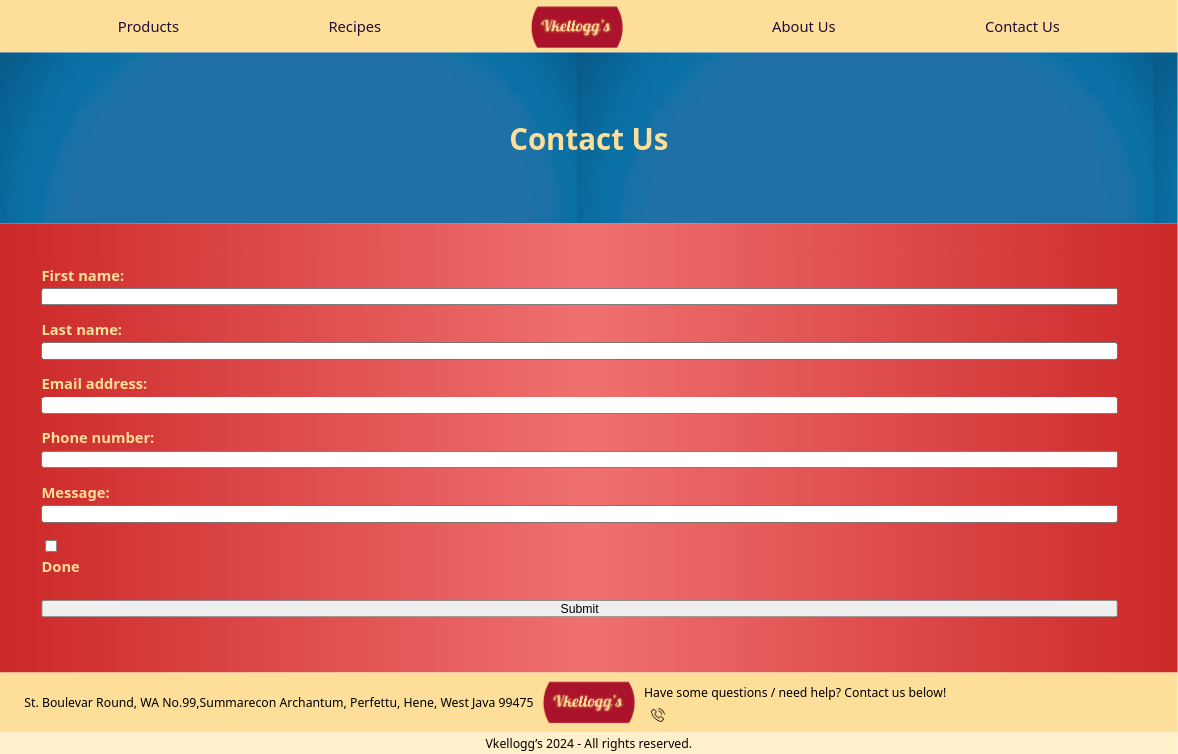
Repository: sugralld/VKelloggs
Page: Code and Assets/html/contactus.html
These files come from the project's save history. The page is drawn as it stood at one moment and after the next save; the edit follows.
The browser window is 1280 px wide. The pictures show the whole page, at 92% of full size.

Above is the page before, as saved 2024-12-03 20:58:35.

After the next save:
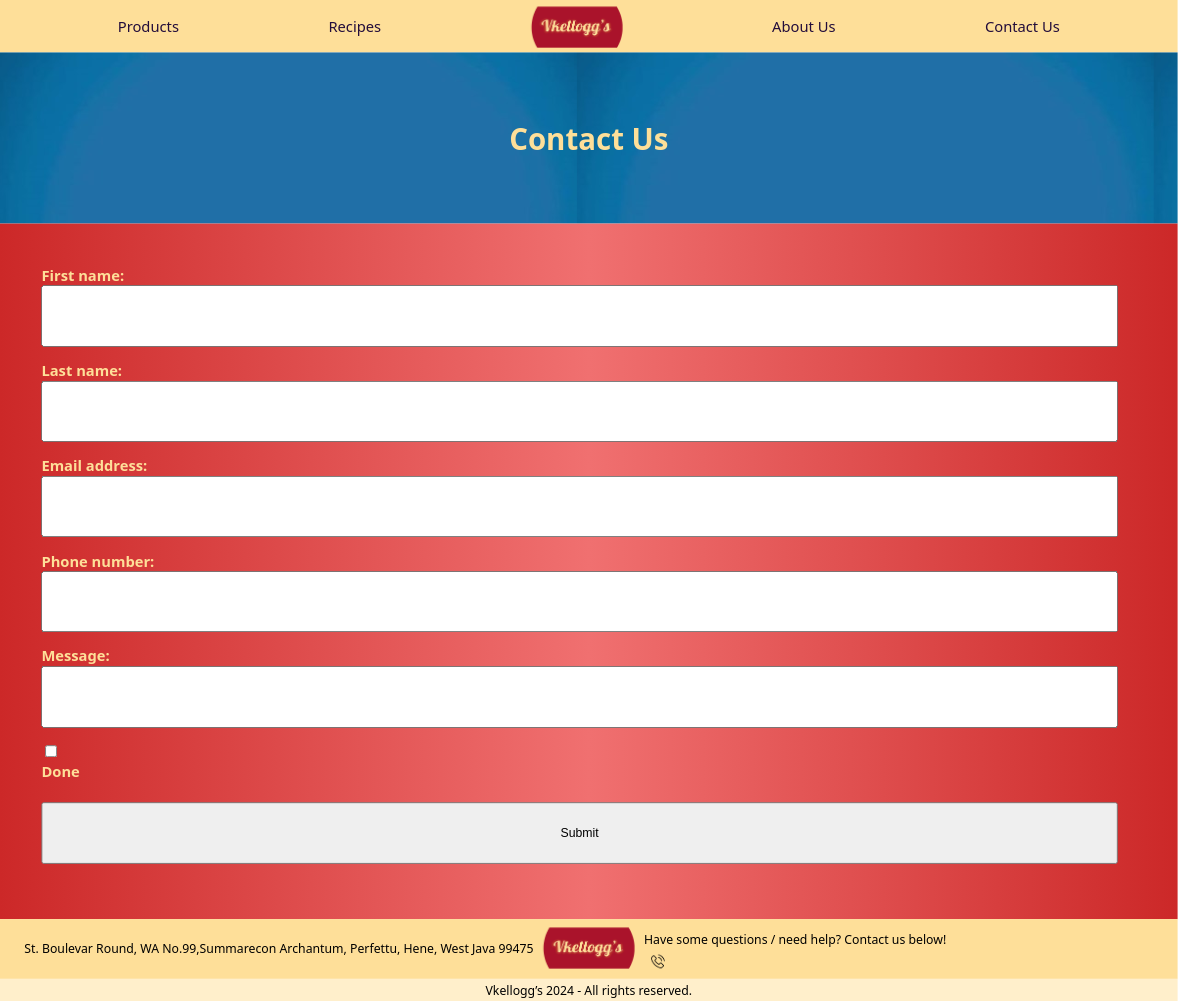
Saved 5 s later.
--- a/Code and Assets/css/contactus.css
+++ b/Code and Assets/css/contactus.css
@@ -22,6 +22,6 @@
     width: calc(100% - 20px); /* Lebar penuh dikurangi margin */
     max-width: 100%; /* Mencegah input melampaui layar */
     margin: 0 auto 15px; /* Jarak antar elemen */
-    padding: 0px; /* Tambahkan padding untuk kenyamanan pengguna */
+    padding: 2%; /* Tambahkan padding untuk kenyamanan pengguna */
     box-sizing: border-box; /* Termasuk padding dalam perhitungan lebar */
 }
